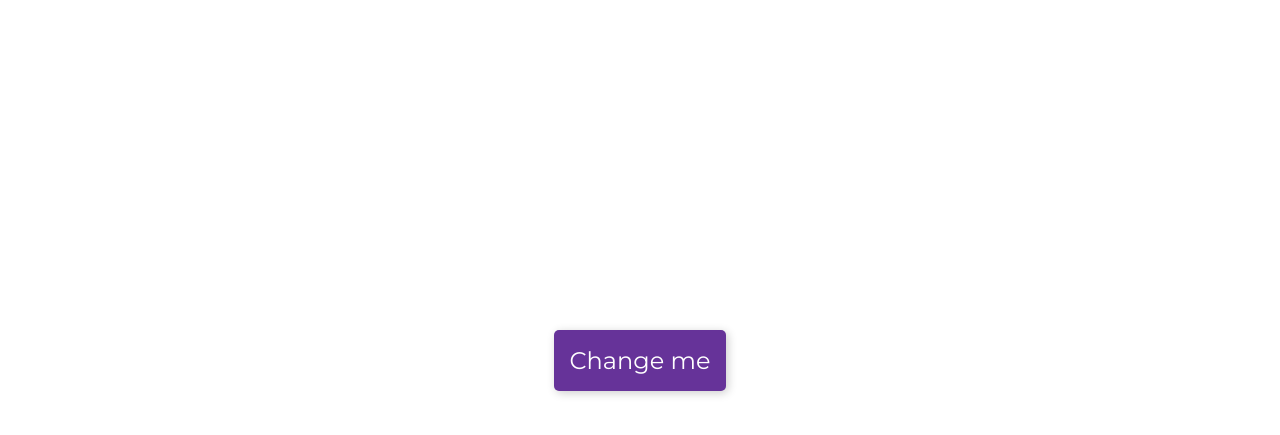
Repository: kate30980/js-practice
Page: background-changer/index.html
These files come from the project's save history. The page is drawn as it stood at one moment and after the next save; the edit follows.
The browser window is 1280 px wide. The pictures show the whole page.
After loading, the first visible `#btn` was clicked once.

Above is the page before, as saved 2021-08-29 00:05:09.

### background-changer/index.html
<!DOCTYPE html>
<html lang="en">

<head>
    <meta charset="UTF-8">
    <meta http-equiv="X-UA-Compatible" content="IE=edge">
    <meta name="viewport" content="width=device-width, initial-scale=1.0">
    <title>Background Changer</title>
    <link rel="stylesheet" href="style.css">
    <script src="script.js" defer></script>
</head>

<body>
    <button id="btn">Change me</button>
</body>

</html>

### background-changer/style.css
@import url('https://fonts.googleapis.com/css2?family=Montserrat:wght@300;400;600;700&display=swap');
*{
    box-sizing: border-box;
}
body{
    display: flex;
    align-items: center;
    justify-content: center;
    font-family: 'Montserrat', sans-serif;
    margin: 0;
    min-height:100vh;
}
button{
    background-color: rebeccapurple;
    color: #fff;
    padding: 1rem;
    font-family: inherit;
    font-size: 1.5rem;
    box-shadow: 2px 2px 10px rgba(0,0,0,0.2);
    border-radius:5px;
    border: none;
    cursor: pointer;
}

### background-changer/script.js
const btn = document.getElementById("btn");

btn.addEventListener("click", () => {
  document.body.style.background = randomBg();
  console.log(randomBg());
});

function randomBg() {
  return `hs1(${Math.floor(Math.random() * 360)}, 100% , 50%)`;
}

After the next save:
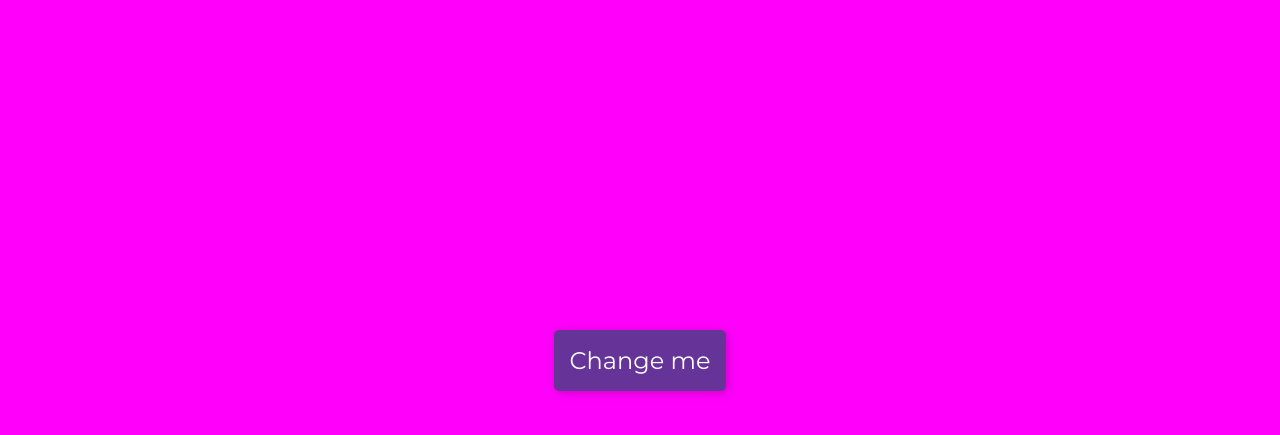
Saved 87 s later.
--- a/background-changer/script.js
+++ b/background-changer/script.js
@@ -6,5 +6,5 @@
 });
 
 function randomBg() {
-  return `hs1(${Math.floor(Math.random() * 360)}, 100% , 50%)`;
+  return `hsl(${Math.floor(Math.random() * 360)}, 100% , 50%)`;
 }
